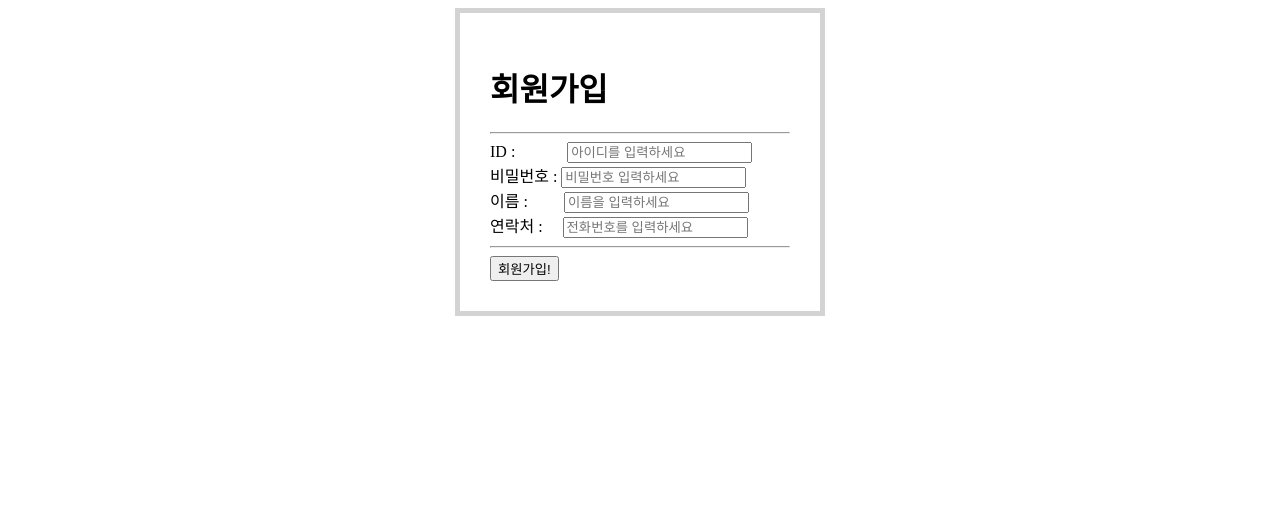
Repository: MySunTY/JSP
Page: http://localhost/JSP05/
An editor plug-in stored every save of this project. The page is shown before and after the next save, followed by the edit.
The browser window is 1280 px wide. The pictures show the whole page.
The page is served by Tomcat 9.

Above is the page before, as saved 2024-05-10 06:05:24.

After the next save:
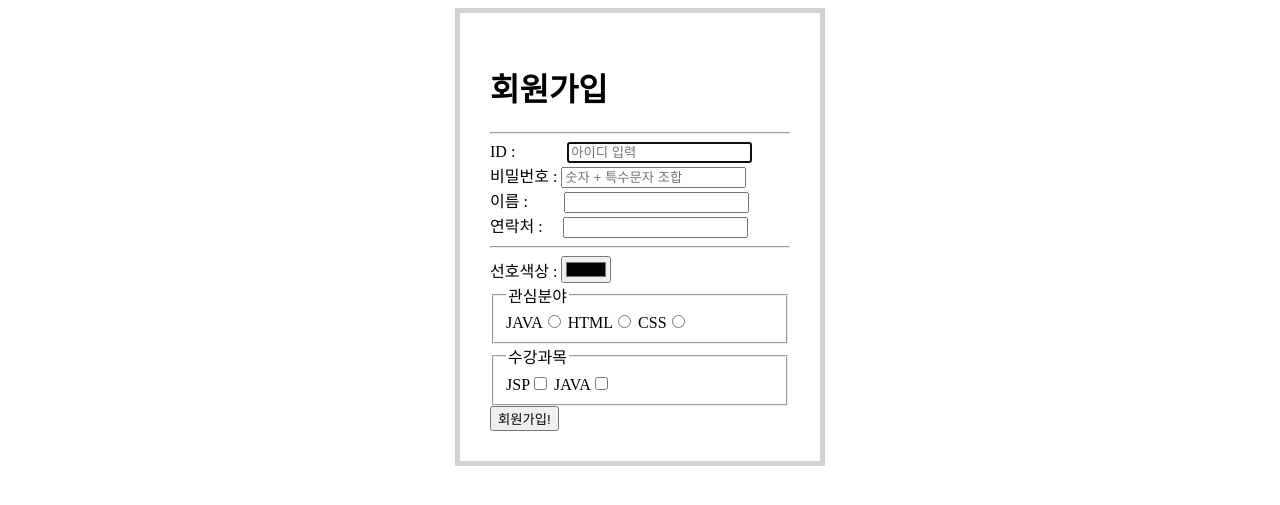
Saved 2 min 29 s later.
--- a/JSP05/src/main/webapp/index.jsp
+++ b/JSP05/src/main/webapp/index.jsp
@@ -1,40 +1,84 @@
-<%@ page language="java" contentType="text/html; charset=utf-8"
-    pageEncoding="utf-8"%>
+<%@ page language="java" contentType="text/html; charset=UTF-8"
+    pageEncoding="UTF-8"%>
 <!DOCTYPE html>
 <html>
 	<head>
-		<meta charset="utf-8">
-		<title>간단한 회원가입</title>
-		<style>
-			#wrap{
-				width:300px;
-				border : 5px solid lightgray;
+	<meta charset="UTF-8">
+	<title>간단한 회원가입</title>
+	 <style>
+	 	#wrap{
+	 		width: 300px;
+	 		border: 5px solid lightgray;
+	 		padding: 30px;
+	 		margin: 0 auto;
+	 	}
 
-				margin : 0 auto;
-				padding:30px;
-			}
-			input[name="id"]{
-				margin-left :48px;
-			}
-			input[name="nm"]{
-				margin-left : 32px;
-			}
-			input[name="phone"]{
-				margin-left : 16px;
-			}
-		</style>
+	 	input[name="id"]  {
+	 	 margin-left: 48px;}
+
+	 	input[name="nm"] {
+	 	 margin-left : 32px;}
+
+	 	input[name="phone"]{
+	 	 margin-left : 16px;
+	 	}
+
+
+
+
+	 </style>
 	</head>
 	<body>
 		<div id="wrap">
-			<form method="get" action="main.jsp">
+			<!-- <form method="get" action="main.jsp"> -->
+			<form method="post" action="main.jsp">
+			<!-- 추가 : method 를 get으로 하면 정보가 다 보이기 때문에 가리기 위해서는 post (전기신호로바뀜)로 한다
+				 단점은 한글이 깨진다 그래서 utf-8을 -->
+
 				<h1>회원가입</h1>
 				<hr>
-				ID : <input type="text" name="id" placeholder="아이디를 입력하세요"><br>
-				비밀번호 : <input type="password" name="pw" placeholder="비밀번호 입력하세요"><br>
-				이름 : <input type="text" name="nm" placeholder="이름을 입력하세요"><br>
-				연락처 : <input type="text" name="phone" placeholder="전화번호를 입력하세요"><br>
+				 ID  : <input type="text" name="id" placeholder="아이디 입력"  autofocus > <br>
+				비밀번호 : <input type="password" name="pw" placeholder="숫자 + 특수문자 조합" required> <br>
+				이름 : <input type="text" name="nm"> <br> <!-- name="name"은 예약어이기 때문에 사용금지  -->
+				연락처 : <input type="text" name="phone"> <br>
 				<hr>
+
+				<!--추가  -->
+				선호색상 : <input type="color" name="c" >
+				<!-- 태그 사이에 text노드가 존재한다.   -->
+				<fieldset> <!--  실제 작업시 사용을 많이 안함?! -->
+					<legend>관심분야</legend>
+					JAVA<input type="radio" name='subject' value="java">
+					HTML<input type="radio" name='subject' value="html">
+					CSS<input type="radio" name='subject' value="css">
+				<!--   value값을 지정안하면 그냥 on값으로 표시된다  -->
+				<!-- 실제는 radio 보다는 div를 많이 사용함 : 이유?! 모바일 환경으로 많이 바뀌어서
+					 input, hover도 div로 사용함
+					 header 같은 시멘틱 태그도 사용 안 함
+					 table도 사용안함. 왜냐하면 반응형이 안되서
+					 결국 div,span을 많이 사용함. 모양이 없는 기본형이라서 변형해서 사용한다고 함
+				 -->
+				</fieldset>
+
+				<fieldset>
+					<legend>수강과목</legend>
+					JSP<input type="checkbox" name="jsp">
+					JAVA<input type="checkbox" name="java">
+				</fieldset>
+
+
+				<input type="hidden" name="hid" value="요주의">
+				<!-- 아이디 중복찾기 할때 사용됨 : 예전에 비교해서 아이디 중복여부 체크했었음 /
+				     그러나 요즘은 Ajax(비동기식) : xmal을 자바스크립트로 통신시키는 기법
+				     			             동기식이 아닌 비동기식으로 서버의 데이터를 가져와 비교할 수 있다?!-->
+
+
+
+ 				<!-- 추가  end-->
+
 				<input type="submit" value="회원가입!">
+
+
 
 			</form>
 
